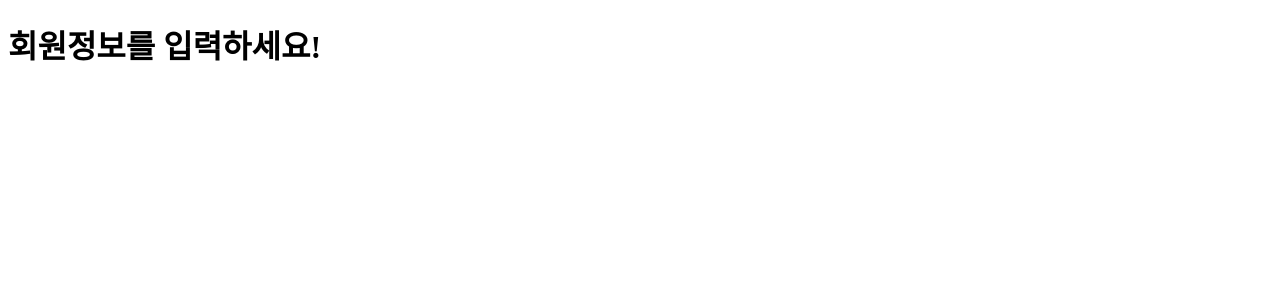
Repository: shashak23/spring_workspace
Page: springweb/src/main/webapp/WEB-INF/views/memberForm.html
An editor plug-in stored every save of this project. The page is shown before and after the next save, followed by the edit.
The browser window is 1280 px wide. The pictures show the whole page.

Above is the page before, as saved 2023-02-27 02:01:06.

### springweb/src/main/webapp/WEB-INF/views/memberForm.html
<!DOCTYPE html>
<html>
<head>
<meta charset="UTF-8">
<title>Insert title here</title>
</head>
<body>
	<h1>회원정보를 입력하세요!</h1>
	<!-- 내가 넣은 회원정보가 fortag에 들어가야함
			내가 만들 class action에 넣기
			method에 get을 쓰면 get방식으로 request가 넘어가는데?
			쿼리스트링 형태로 붙는데 내가 여기서 폼을 만들어서 서버쪽에 리퀘으스틀 날렸을 떄
			실제 http pcotocpl에 의해서 바디 정보의 데이터가 들어가지 않아요!
			get은 데이터가 실리지 않고 url에 있어요!!
			그러나 post방식은 데이터를 담은채로
			request body에 들어가게 된다
			"get방식과 post방식의 차이!"
			get방식은 reuqest와  reponse 처리가 힘들고
			길이 제한이 있따, 간단하고 쉽고 빨라서 사용함
			post방식이 데이터가 요 body안에 들어가서 처리할 수 이쓴데
			이떄 body는 잘 늘어나서 보다 많은 양의 데이터를 처리할 수 있어요
			원래는 대부분의 REQUEST는 POST로 가는 게 맞아요! -->
	<form action="/springweb/member1" method="GET"></form>
</body>
</html>

After the next save:
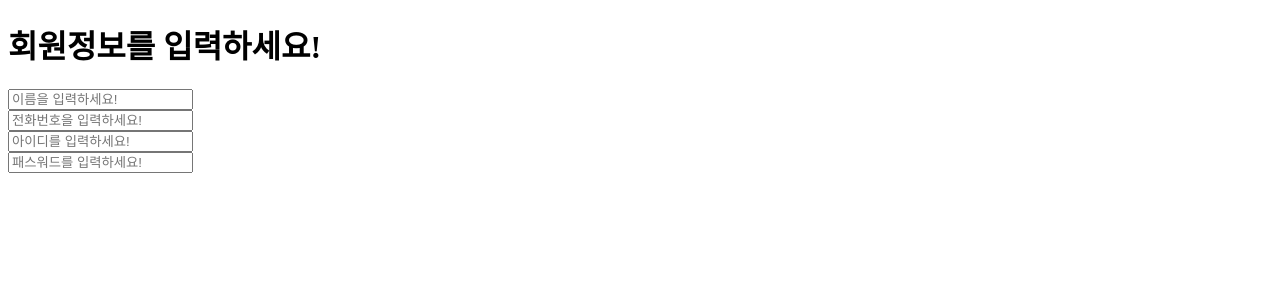
Saved 11 min 35 s later.
--- a/springweb/src/main/webapp/WEB-INF/views/memberForm.html
+++ b/springweb/src/main/webapp/WEB-INF/views/memberForm.html
@@ -6,20 +6,12 @@
 </head>
 <body>
 	<h1>회원정보를 입력하세요!</h1>
-	<!-- 내가 넣은 회원정보가 fortag에 들어가야함
-			내가 만들 class action에 넣기
-			method에 get을 쓰면 get방식으로 request가 넘어가는데?
-			쿼리스트링 형태로 붙는데 내가 여기서 폼을 만들어서 서버쪽에 리퀘으스틀 날렸을 떄
-			실제 http pcotocpl에 의해서 바디 정보의 데이터가 들어가지 않아요!
-			get은 데이터가 실리지 않고 url에 있어요!!
-			그러나 post방식은 데이터를 담은채로
-			request body에 들어가게 된다
-			"get방식과 post방식의 차이!"
-			get방식은 reuqest와  reponse 처리가 힘들고
-			길이 제한이 있따, 간단하고 쉽고 빨라서 사용함
-			post방식이 데이터가 요 body안에 들어가서 처리할 수 이쓴데
-			이떄 body는 잘 늘어나서 보다 많은 양의 데이터를 처리할 수 있어요
-			원래는 대부분의 REQUEST는 POST로 가는 게 맞아요! -->
-	<form action="/springweb/member1" method="GET"></form>
+	<form action="/springweb/member1" method="POST">
+		<input type="text" placeholder="이름을 입력하세요!" name="name"><br>
+		<input type="text" placeholder="전화번호을 입력하세요!" name="phone"><br>
+		<input type="text" placeholder="아이디를 입력하세요!" name="id"><br>
+		<input type="password" placeholder="패스워드를 입력하세요!" name="pw"><br>
+
+	</form>
 </body>
 </html>
